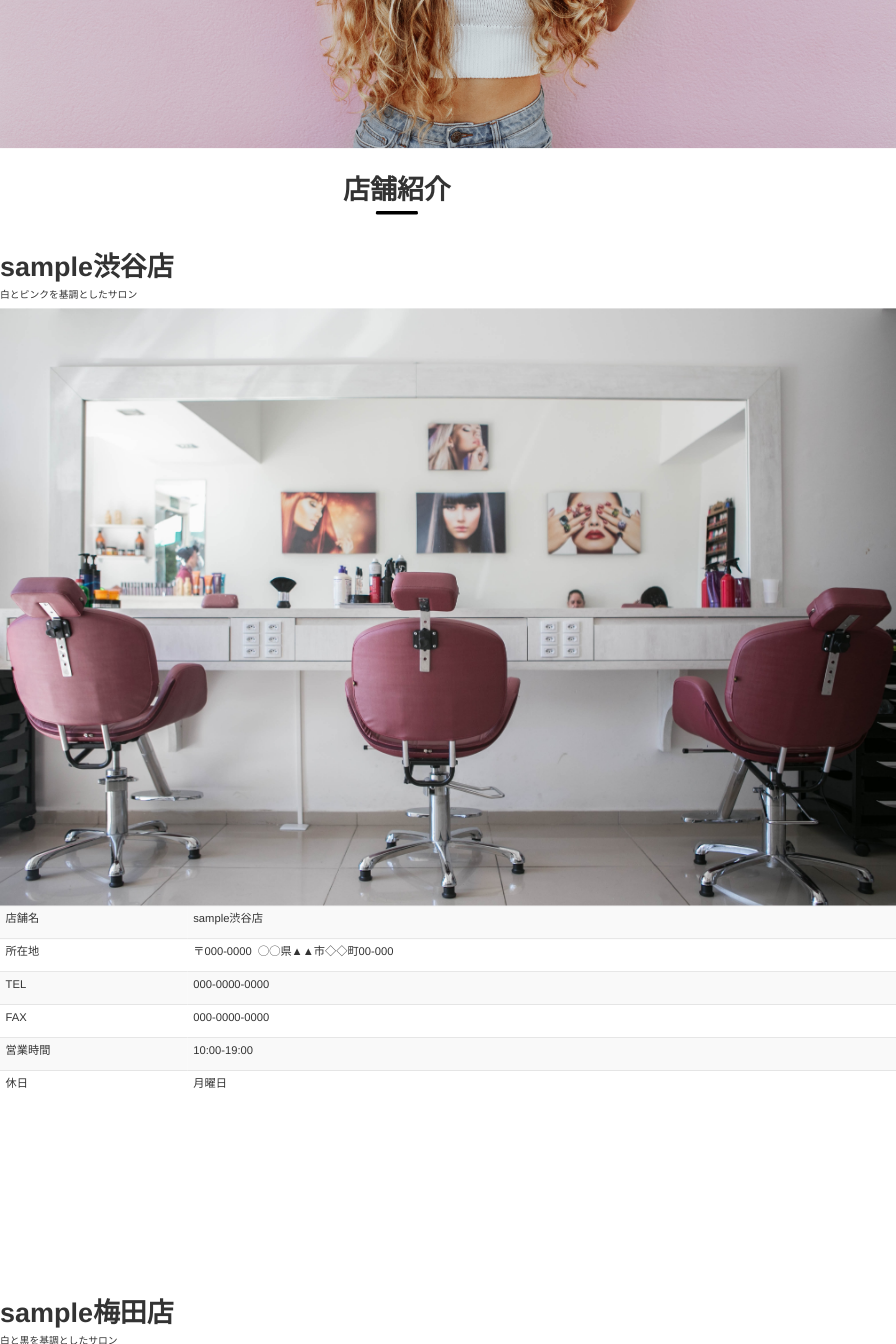
Repository: hayashikazuki/side_job_tenp_hayashi
Page: salon-tenp/profile.html
The author's editor kept a record of every edit. The page is drawn from the files as they stood at one moment, then again after the next edit.
The browser window is 1280 px wide. The pictures show the part of the page from y = 682 to 2602 px (the page is 4245 px tall before and 4227 px after), at 70% of full size.
Pictures or frames that could not be fetched are drawn as grey boxes. Some web libraries are served in a nearby version.

Above is the page before.

After the next edit:
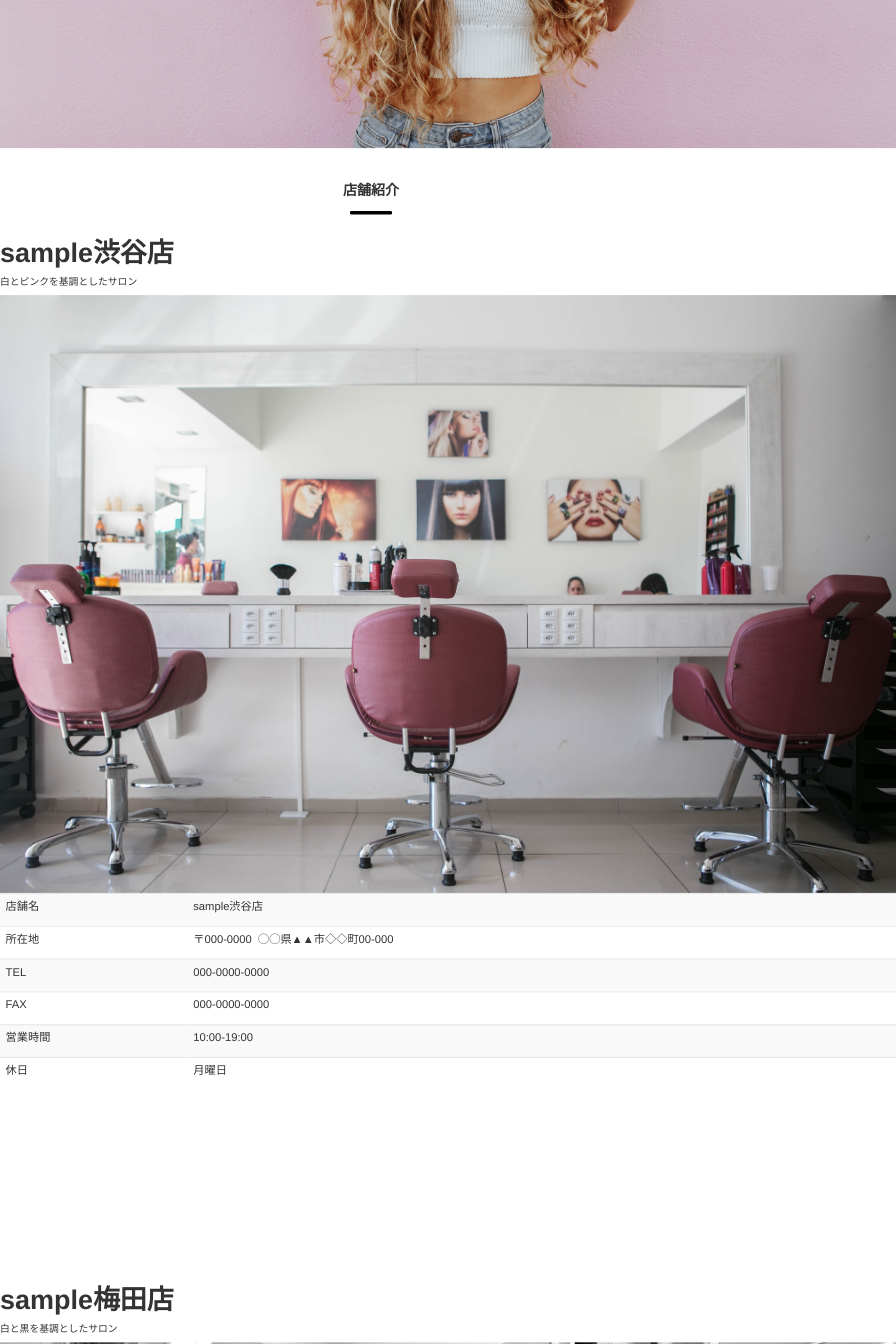
The edit:
--- a/salon-tenp/profile.css
+++ b/salon-tenp/profile.css
@@ -245,6 +245,8 @@
   position: relative;
   display: inline-block;
   margin-bottom: 1em;
+  font-size:20px;
+ text-align:center;
 }
 
 .shop-title h1:before {
